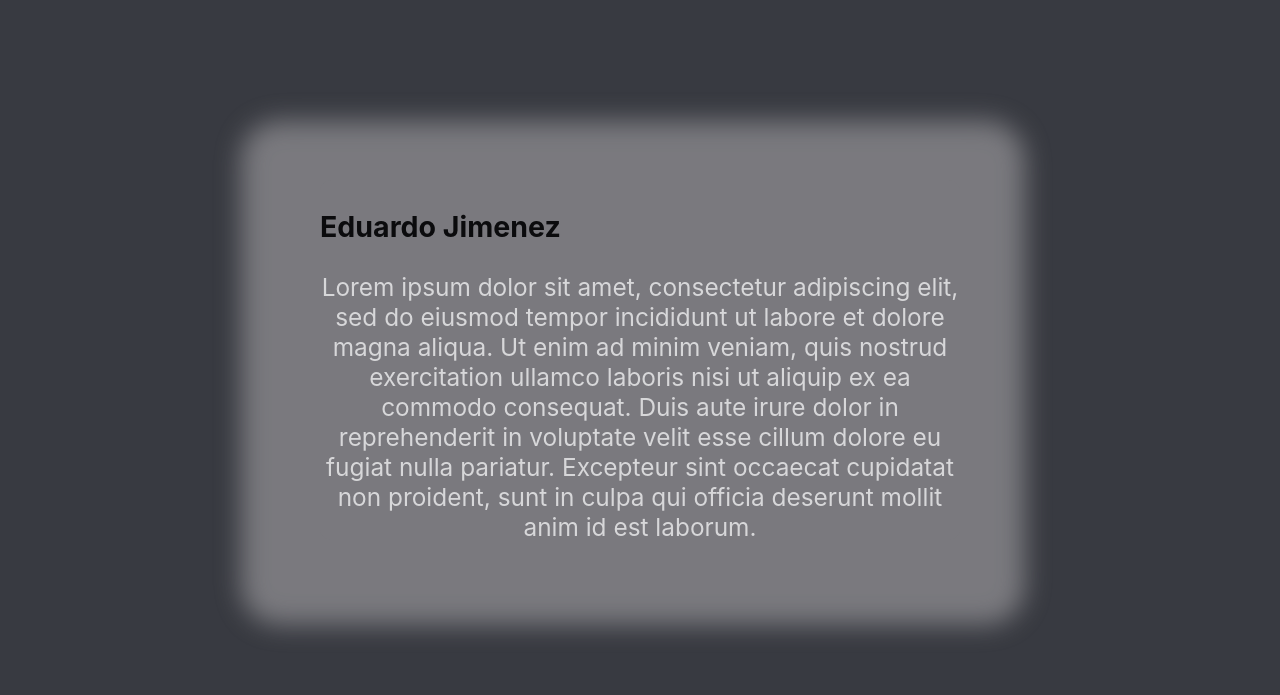
Repository: l8nightswithJS/react-my-portfolio
Page: /
These files come from the project's save history. The page is drawn as it stood at one moment and after the next save; the edit follows.
The browser window is 1280 px wide. The pictures show the whole page.
The project was rebuilt for these pictures with package versions that can differ from the ones it lists, and the page was loaded fresh each time.

Above is the page before, as saved 2021-04-29 12:41:34.

### src/App.js
import SplashPage from './pages/splashPage';

function App() {
  return (
    <SplashPage />
  );
}

export default App;

### src/pages/splashPage.js
import '../App.css';

function SplashPage() {
    return (
        <div className="App">
            <header className="App-header">
                <section>
                    <article>
                        <h1>Eduardo Jimenez</h1>
                        <p>Lorem ipsum dolor sit amet, consectetur adipiscing elit, sed do eiusmod tempor incididunt ut labore et dolore magna aliqua. Ut enim ad minim veniam, quis nostrud exercitation ullamco laboris nisi ut aliquip ex ea commodo consequat. Duis aute irure dolor in reprehenderit in voluptate velit esse cillum dolore eu fugiat nulla pariatur. Excepteur sint occaecat cupidatat non proident, sunt in culpa qui officia deserunt mollit anim id est laborum.</p>
                    </article>
                </section>
            </header>
        </div>
    );
}

export default SplashPage;

### src/App.css
.App {
  height: 100vh;
  width: 100%;
  background-color: rgb(56, 58, 65);
}

section {
  position: fixed;
  top: 0;
  bottom: 0;
  left: 0;
  right: 0;
  background-color: rgb(139, 138, 142);
  height: 50vh;
  width: 50vw;
  margin: auto;
  font-size: calc(10px + 2vmin);
  color: white;
  box-shadow: -1vh 1vw 2vw 10vh rgb(139, 138, 142);
  opacity: .8;
  border-radius: 1.5vh;
}

section article h1 {
  color: black;
}

section article p {
  text-align: center;
}

Loaded but not shown: public/index.html (common file); src/index.js (common file); src/index.css (common file); src/reportWebVitals.js (common file)

After the next save:
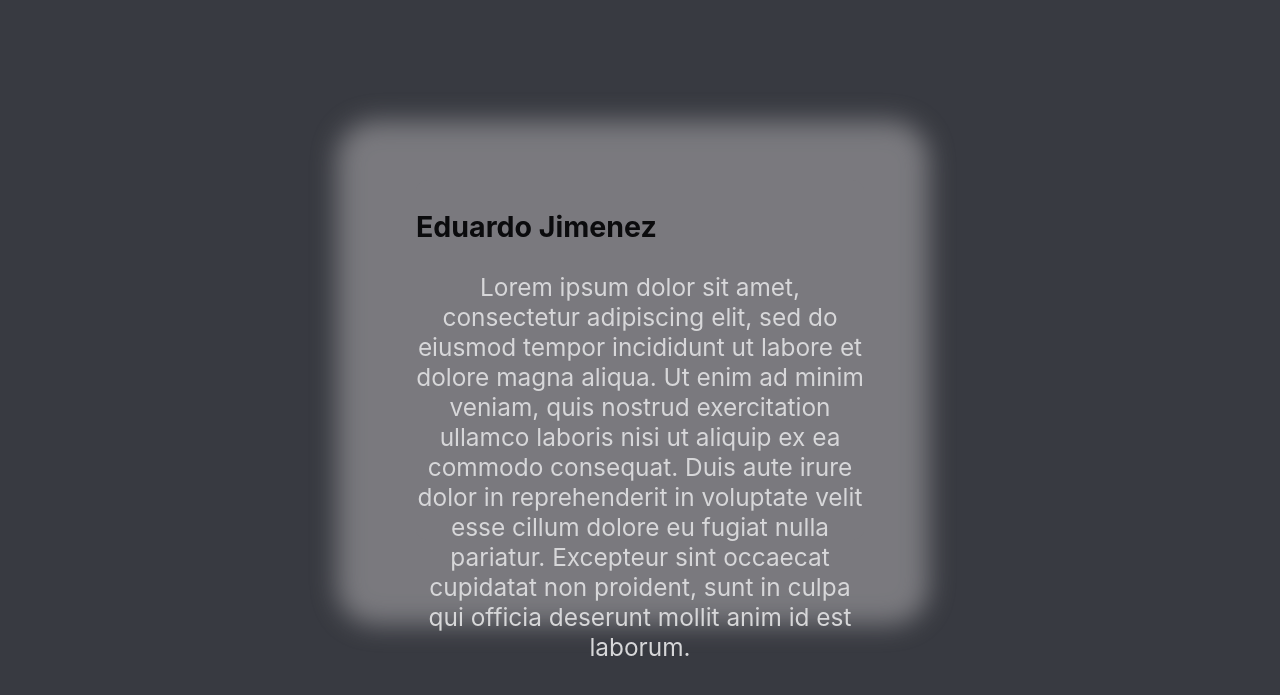
Saved 31 s later.
--- a/src/App.css
+++ b/src/App.css
@@ -12,7 +12,7 @@ section {
   right: 0;
   background-color: rgb(139, 138, 142);
   height: 50vh;
-  width: 50vw;
+  width: 35vw;
   margin: auto;
   font-size: calc(10px + 2vmin);
   color: white;
